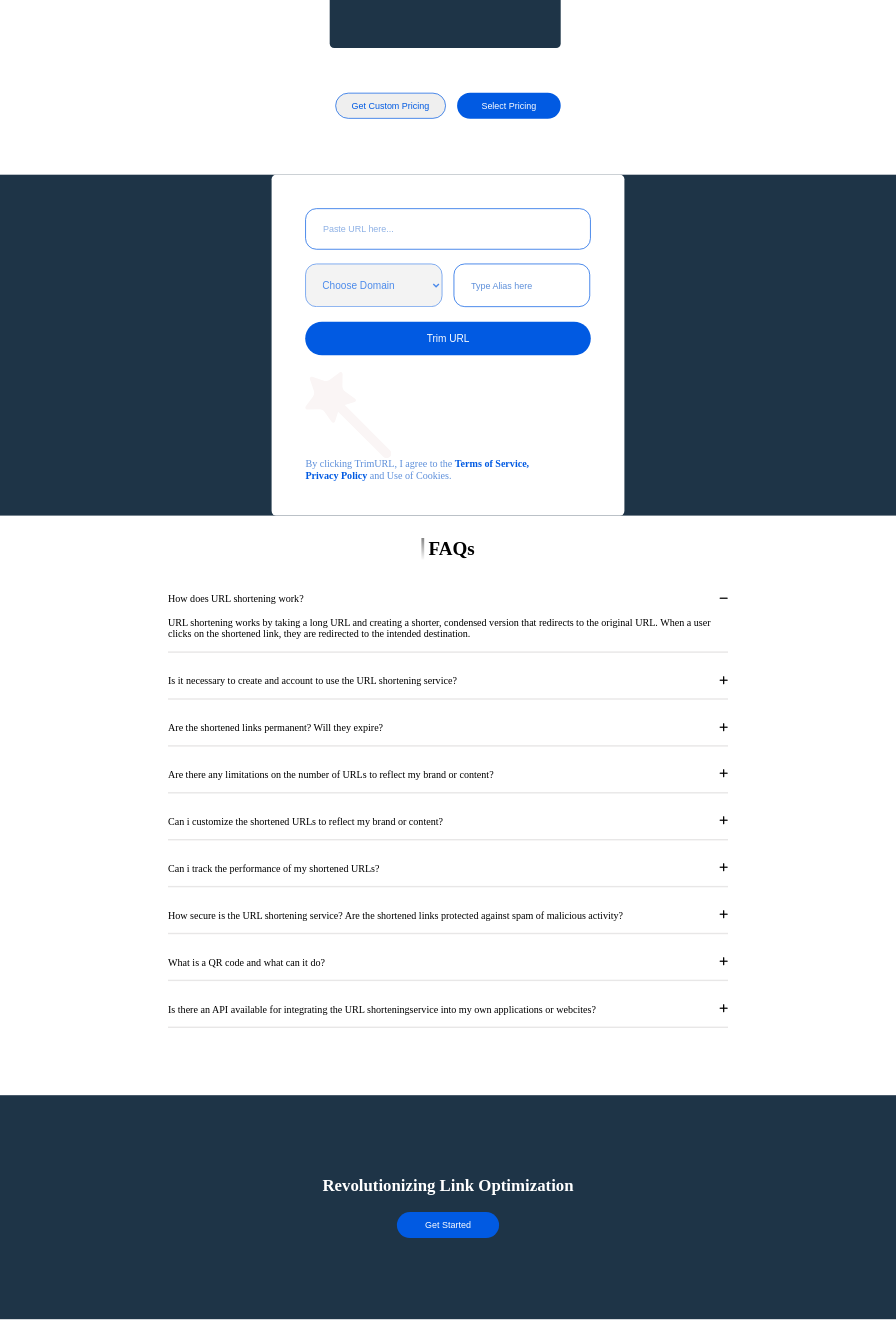
Repository: dark-txch/ass-1-6
Page: src/pages/scissors.html
The author's editor kept a copy of each file at every save. The page is drawn from the files as they stood at one save, then again after the next save.
The browser window is 1280 px wide. The pictures show the part of the page from y = 1931 to 3851 px (the page is 4404 px tall before and 4397 px after), at 70% of full size.
Some web libraries are served in a nearby version.

Above is the page before, as saved 2024-11-29 19:01:58.

After the next save:
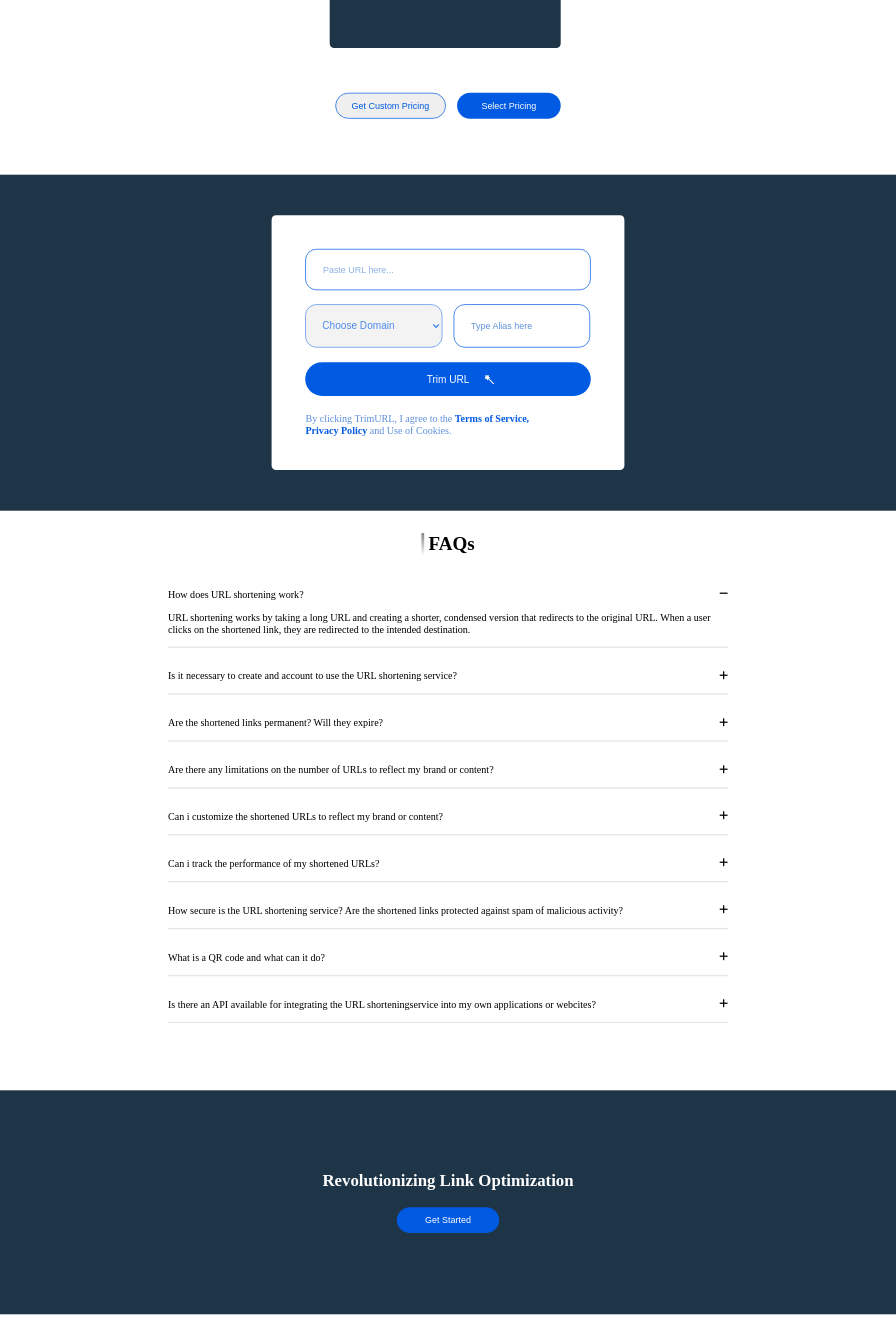
Saved 12 s later.
--- a/src/styles/scissors/scissors.css
+++ b/src/styles/scissors/scissors.css
@@ -573,7 +573,7 @@
 
 	width: 100%;
 }
-#trimUrl img[src=""] {
+#trimUrl img[src="../../src/assets/scissors/magic-wand-svgrepo-com.svg"] {
 	position: absolute;
 	width: 0.9rem;
 	transform: translate(-9.5rem, 1.1rem);
